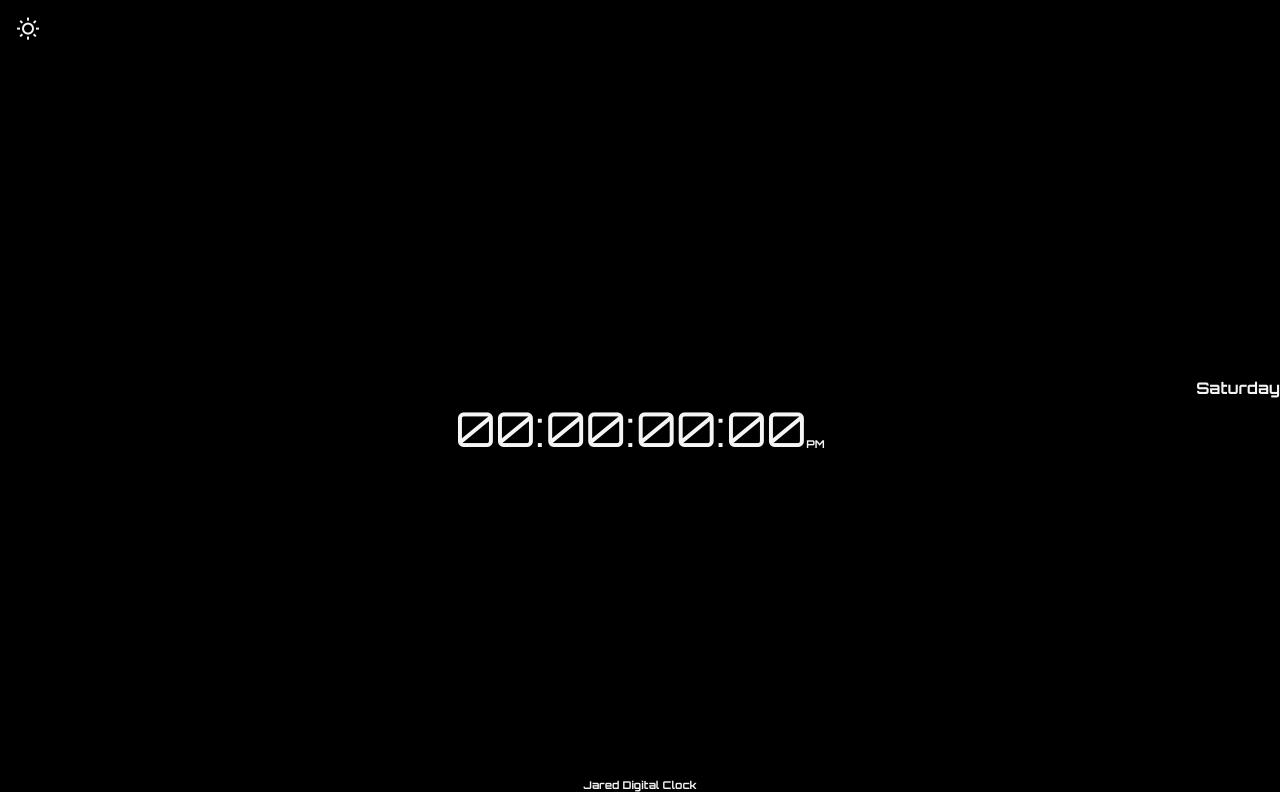
Repository: EguJaredoBoyd/Jared-Digital-Clock
Page: index.html
An editor plug-in stored every save of this project. The page is shown before and after the next save, followed by the edit.
The browser window is 1280 px wide. The pictures show the whole page.
Some web libraries are served in a nearby version.

Above is the page before, as saved 2026-01-04 22:10:48.

### index.html
<!DOCTYPE html>
<html lang="en">
  <head>
    <meta charset="UTF-8" />
    <meta name="viewport" content="width=device-width, initial-scale=1.0" />
    <link rel="stylesheet" href="./css/styles.css" />
    <link
      href="https://cdn.jsdelivr.net/npm/remixicon@4.8.0/fonts/remixicon.css"
      rel="stylesheet"
    />
    <link rel="preconnect" href="https://fonts.googleapis.com" />
    <link rel="preconnect" href="https://fonts.gstatic.com" crossorigin />
    <link
      href="https://fonts.googleapis.com/css2?family=Orbitron:wght@400..900&display=swap"
      rel="stylesheet"
    />
    <script src="./js/theme.js" defer></script>
    <title>Document</title>
  </head>
  <body>
    <div class="digital-clock">
      <header>
        <button id="theme-toggle"><i class="ri-sun-line"></i></button>
      </header>

      <main>
        <div class="watch-container">
          <div class="watch-container__day">
            <h4>Saturday</h4>
          </div>
          <div class="watch-container__time">
            <p>00:00:00:00</p>
            <h6>PM</h6>
          </div>
        </div>
      </main>

      <footer>
        <h6>Jared Digital Clock</h6>
      </footer>
    </div>
  </body>
</html>

### css/styles.css
* {
  margin: 0;
  padding: 0;
  box-sizing: border-box;
}

:root {
  --primary-color: black;
  --text-color: whitesmoke;

  /* Light-mode color variables */
  --light-mode: whitesmoke;
  --light-text: black;

  /* Button color font */
  --button-color: var(--text-color);
}

html {
  font-size: 16px;
  background-color: var(--primary-color);
}

.light-mode {
  background-color: var(--light-mode);
  color: var(--light-text);
  --button-color: var(--light-text);
}

body {
  color: var(--text-color);
  background-color: var(--primary-color);
  font-family: "Orbitron", sans-serif;
  width: 100%;
}

header {
  padding: 1rem;
}

header button {
  background: none;
  border: none;
}

header button i {
  font-size: 1.5rem;
  color: var(--button-color);
}

.digital-clock {
  height: 100%;
  width: 100%;
  display: flex;
  flex-direction: column;
  align-content: space-between;
  max-width: 100%;
}

.watch-container {
  display: flex;
  flex-direction: column;
  justify-content: center;
  align-items: center;
  height: 100vh;
  width: 100%;
  max-width: 100%;
}

.watch-container__day {
  width: 100%;
  max-width: 100%;
  display: flex;
  justify-content: end;
}

.watch-container__time {
  display: flex;
  max-width: 100%;
}

.watch-container__time p {
  font-size: 3rem;
}

.watch-container__time h6 {
  align-self: self-end;
  padding-bottom: 0.5rem;
}

footer h6 {
  text-align: center;
}

### js/theme.js
//Target the button element for the theme
const themeToggle = document.getElementById("theme-toggle");

//Create a function to handle the switching of themes
function switchThemeMode() {
  themeToggle.addEventListener("click", () => {
    document.body.classList.toggle("light-mode");
  });
}

switchThemeMode();

After the next save:
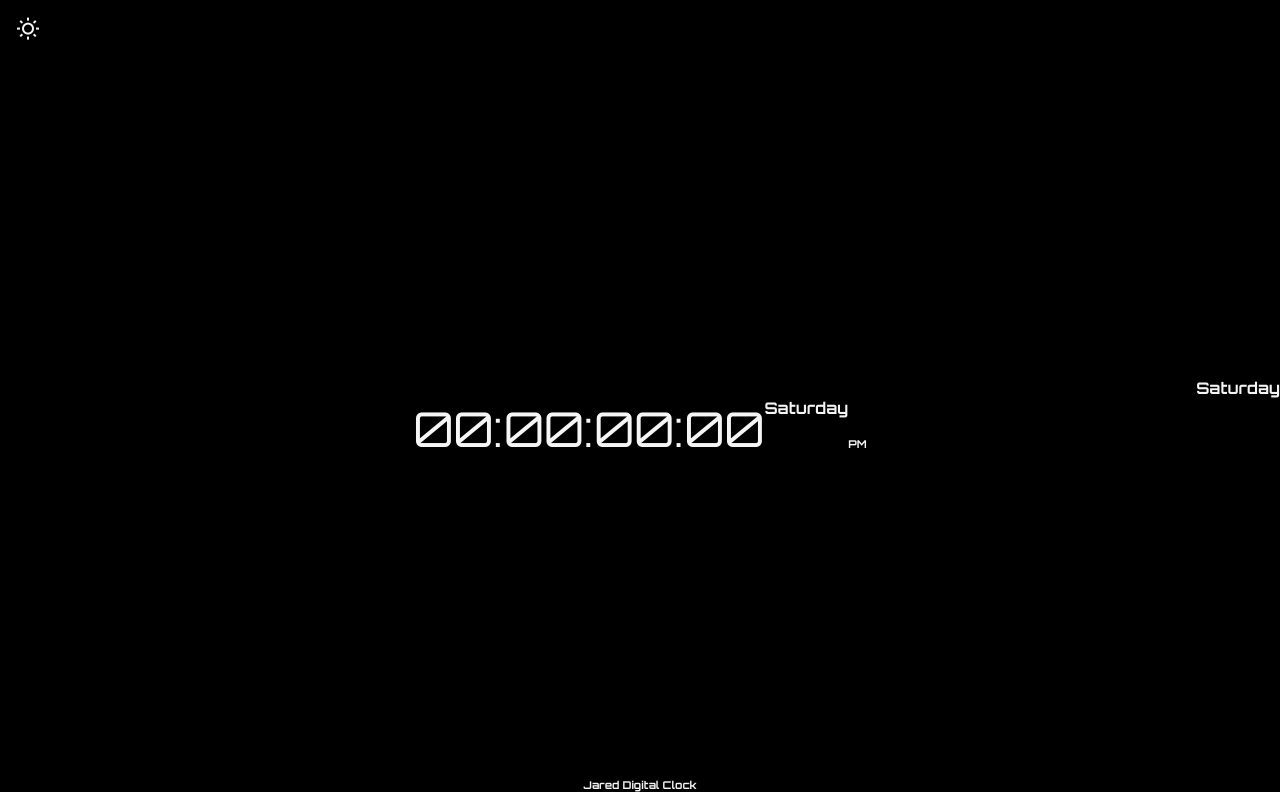
Saved 2 min 50 s later.
--- a/index.html
+++ b/index.html
@@ -30,6 +30,7 @@
           </div>
           <div class="watch-container__time">
             <p>00:00:00:00</p>
+            <h4>Saturday</h4>
             <h6>PM</h6>
           </div>
         </div>

After the save that followed:
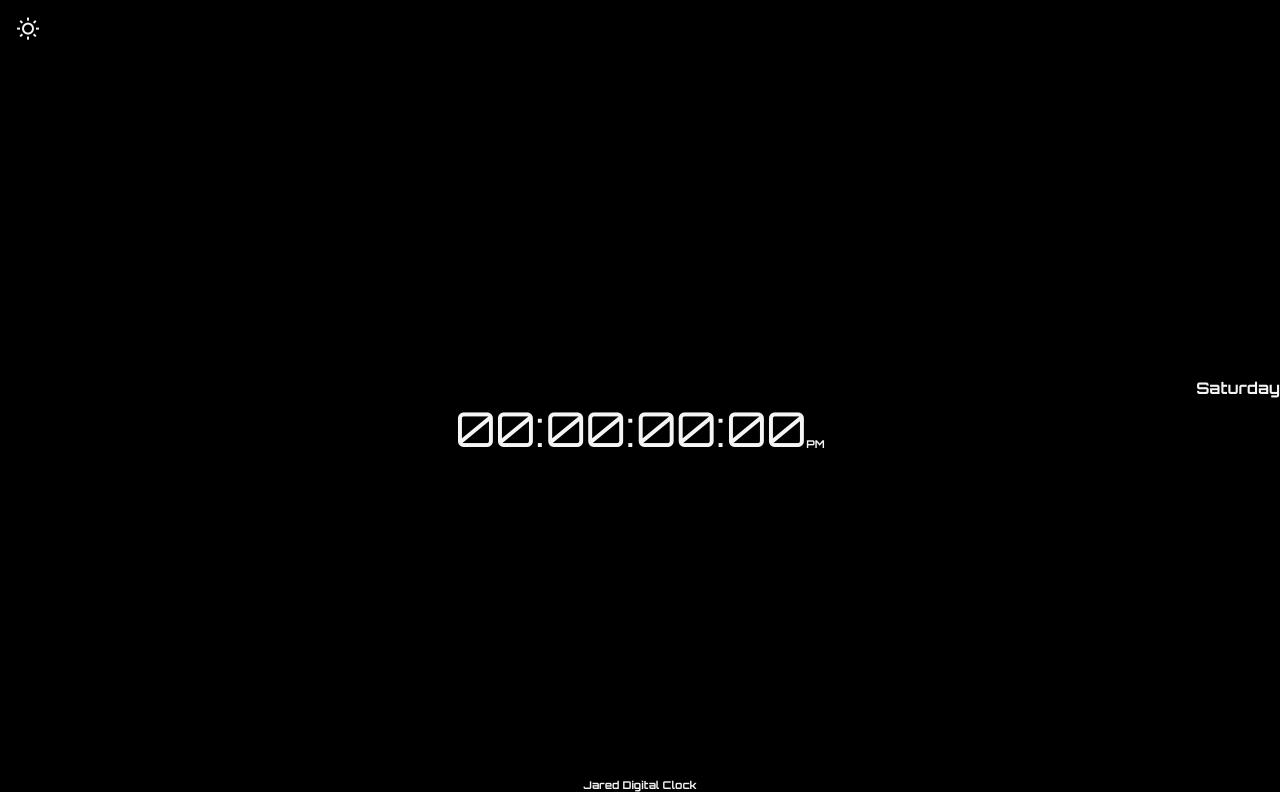
Saved 59 s later.
--- a/index.html
+++ b/index.html
@@ -30,7 +30,6 @@
           </div>
           <div class="watch-container__time">
             <p>00:00:00:00</p>
-            <h4>Saturday</h4>
             <h6>PM</h6>
           </div>
         </div>
